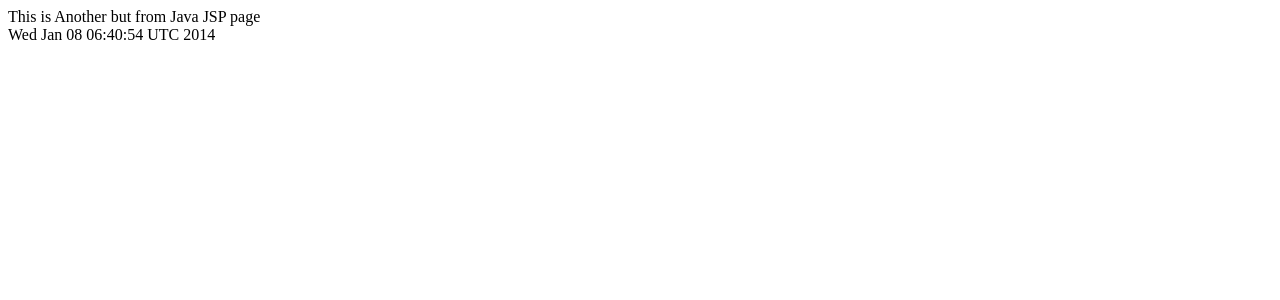
Repository: kotak86/ServaletAndJSP
Page: http://localhost/JavaEEWorld/HelloJSP.jsp
The author's editor kept a copy of each file at every save. The page is drawn from the files as they stood at one save, then again after the next save.
The browser window is 1280 px wide. The pictures show the whole page.
The page is served by Tomcat 9.

Above is the page before, as saved 2014-01-08 09:05:14.

After the next save:
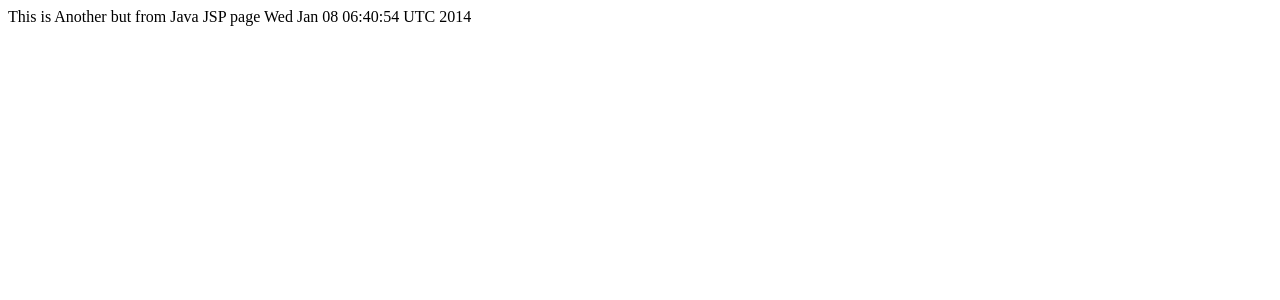
Saved 14 s later.
--- a/JavaEEWorld/WebContent/HelloJSP.jsp
+++ b/JavaEEWorld/WebContent/HelloJSP.jsp
@@ -8,7 +8,7 @@
 <title>Insert title here</title>
 </head>
 <body>
-This is Another but from Java JSP page <br>
+This is Another but from Java JSP page
 </body>
 </html>
 
